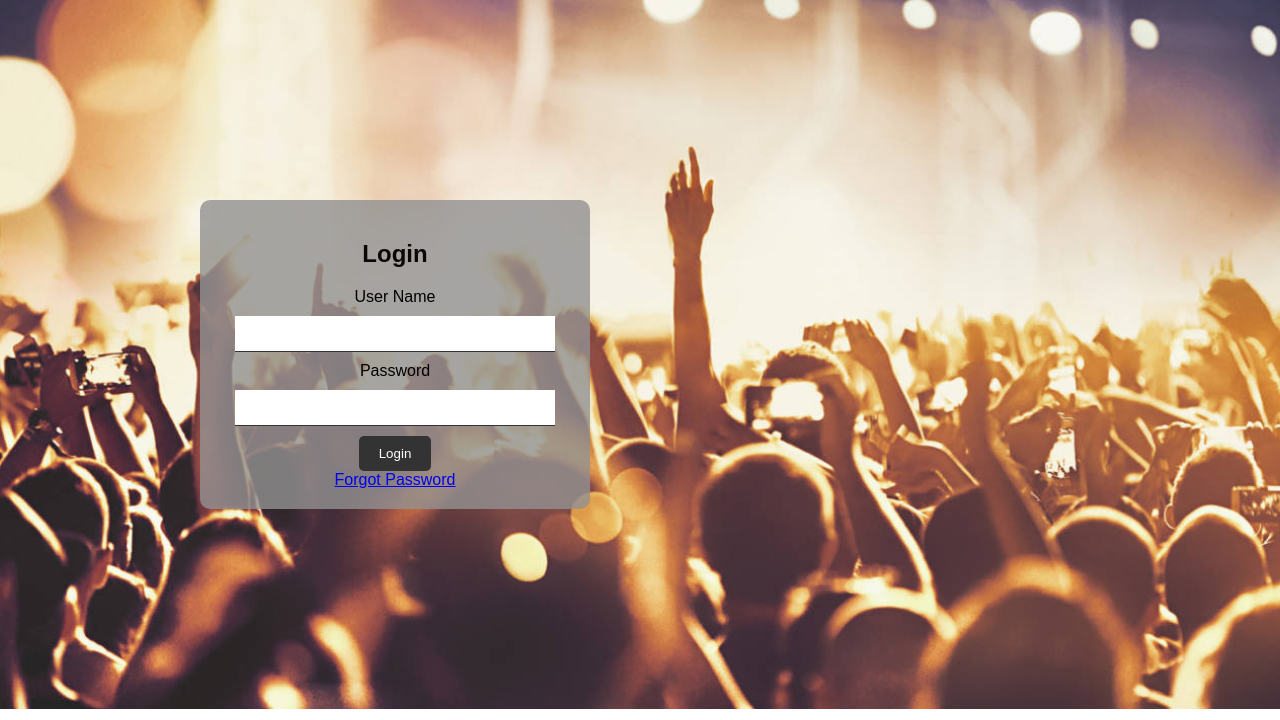
Repository: Dulankayapa/2ndyearoopprojrct
Page: http://localhost/feedback/login.jsp
These files come from the project's save history. The page is drawn as it stood at one moment and after the next save; the edit follows.
The browser window is 1280 px wide. The pictures show the whole page.
The page is served by Tomcat 9.

Above is the page before, as saved 2023-10-23 03:17:20.

After the next save:
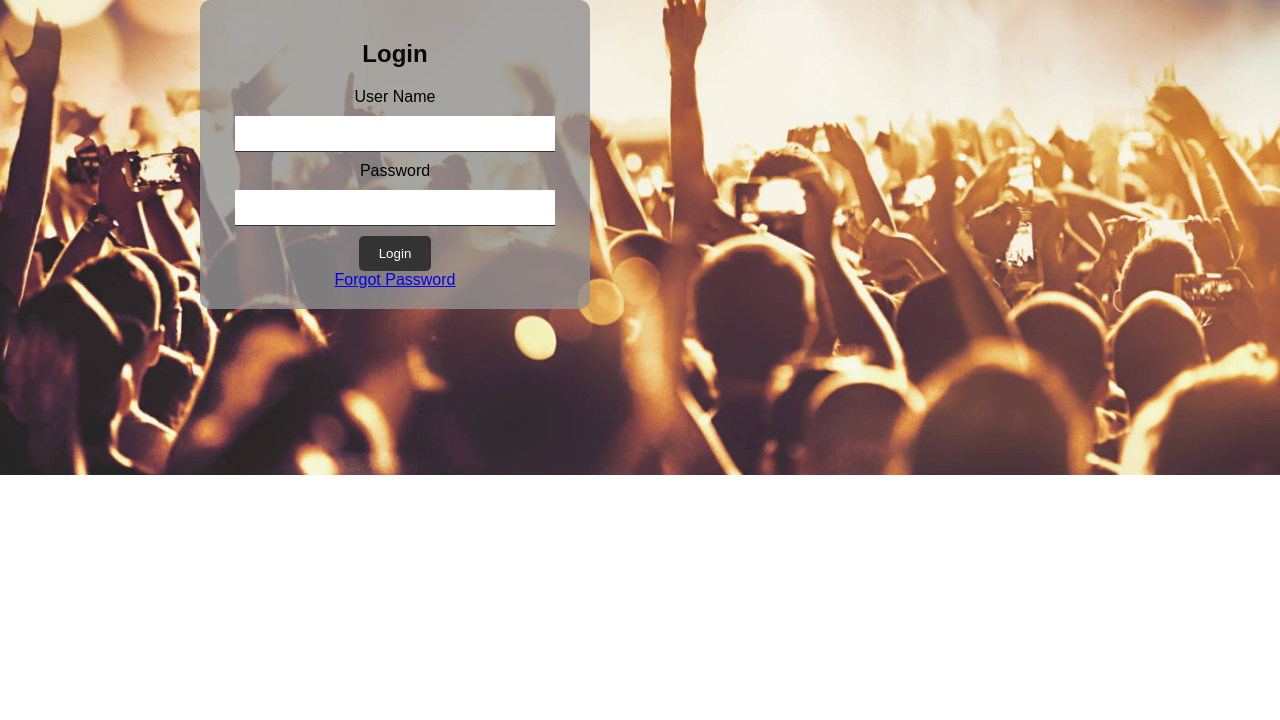
Saved 15 s later.
--- a/feedback/src/main/webapp/login.jsp
+++ b/feedback/src/main/webapp/login.jsp
@@ -21,7 +21,7 @@
             width: 350px;
 
 
-            margin: 200px;
+            margin-left: 200px;
         }
 
         h2 {
